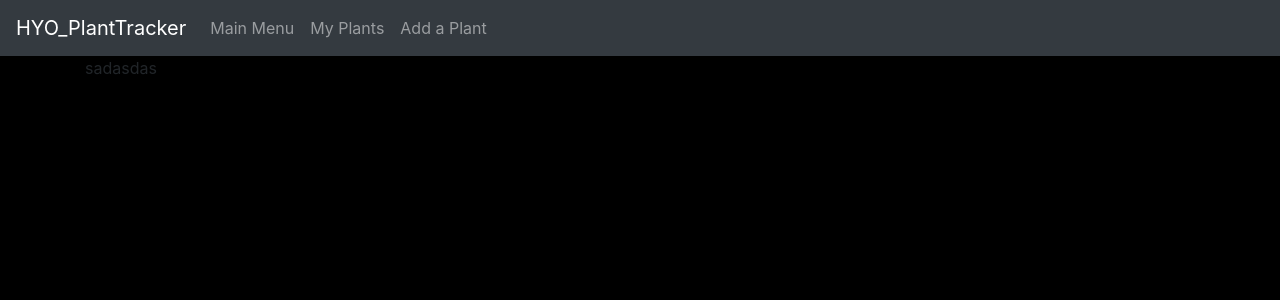
Repository: emersonwilliams/HYO_PlantTracker
Page: capstone_app/plant_tracker/templates/myplants.html
An editor plug-in stored every save of this project. The page is shown before and after the next save, followed by the edit.
The browser window is 1280 px wide. The pictures show the whole page.

Above is the page before, as saved 2020-08-01 23:46:57.

After the next save:
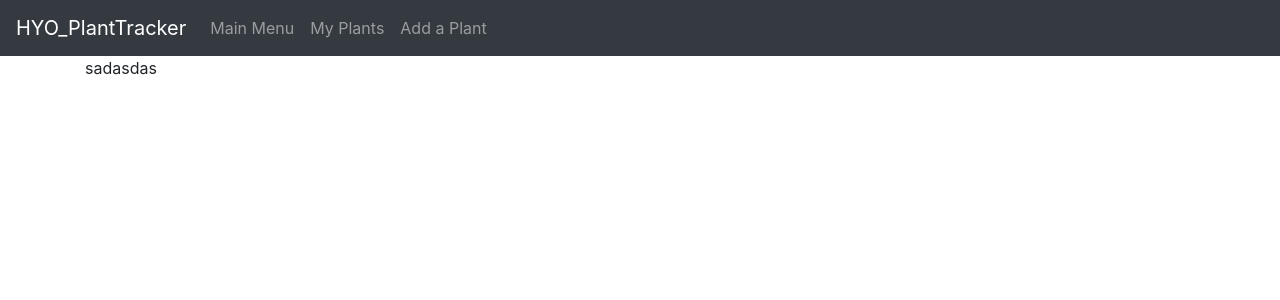
Saved 11 s later.
--- a/capstone_app/plant_tracker/static/css/myplants.css
+++ b/capstone_app/plant_tracker/static/css/myplants.css
@@ -2,9 +2,3 @@ navbar-nav{
     padding-left:3.8em;
     padding-right:3.8em;
   }
-
- body{
-    fill: blue;
-    color:'black';
-    background-color: black;
-  }
